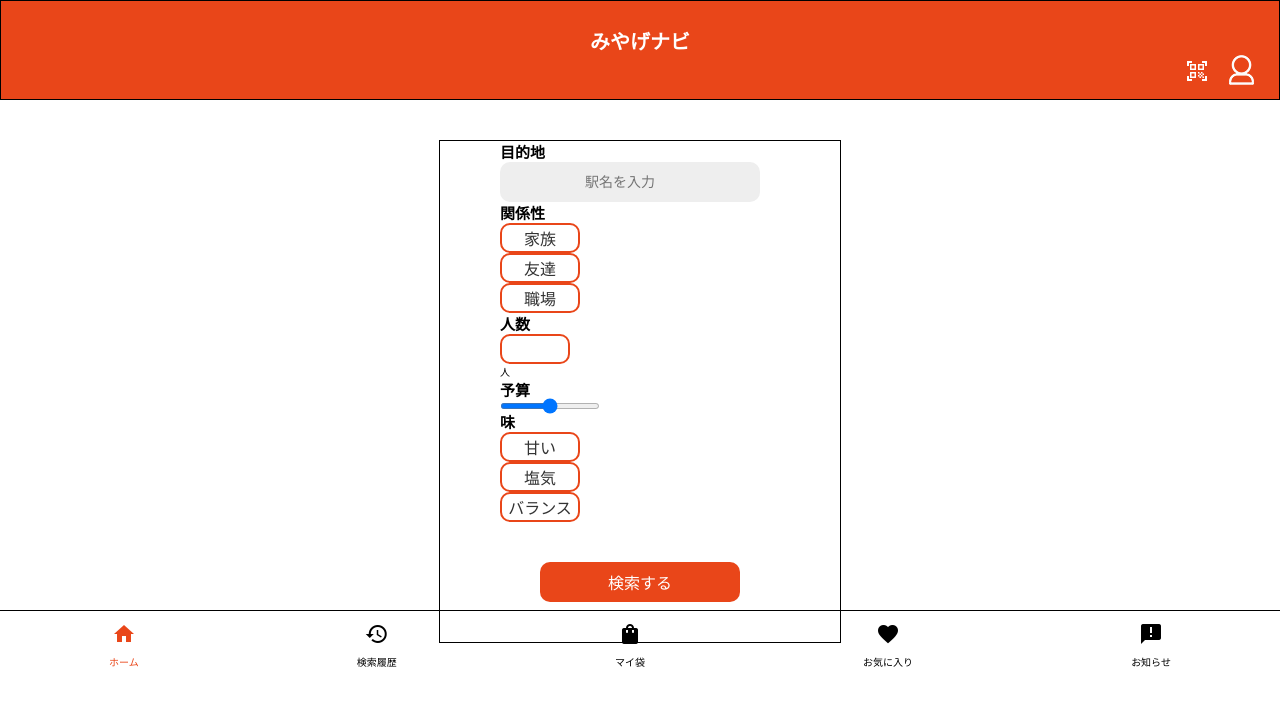
Repository: ama-ne2/miyage_nav
Page: index.html
An editor plug-in stored every save of this project. The page is shown before and after the next save, followed by the edit.
The browser window is 1280 px wide. The pictures show the whole page.

Above is the page before, as saved 2026-02-06 10:23:55.

### index.html
<!DOCTYPE html>
<html lang="ja">
<head>
    <meta charset="utf-8">
    <meta name="viewport" content="width=device-width, initial-scale=1">
    <meta name="color-scheme" content="light dark">
    <meta name="format-detection" content="telephone=no">
    <meta name="description" content="ここに説明文を設定">
    <title>index</title>

    <!-- 共有用 OGP / X(Twitter) -->
    <meta property="og:site_name" content="サイト名">
    <meta property="og:title" content="サイトタイトル">
    <meta property="og:description" content="サイト説明文">
    <meta property="og:type" content="website">
    <meta property="og:url" content="https://hoge.ecc.com/">
    <meta property="og:image" content="https://hoge.ecc.com/ogp.png">
    <meta name="twitter:card" content="summary_large_image">
    <meta name="twitter:site" content="@twitteraccount">

    <!-- 正規URL -->
    <link rel="canonical" href="https://hoge.ecc.com/">

    <!-- アイコン（SVG優先、ICOフォールバック、Apple Touch） -->
    <link rel="icon" type="image/svg+xml" href="/favicon.svg">
    <link rel="alternate icon" href="/favicon.ico">
    <link rel="apple-touch-icon" href="/apple-touch-icon.png" sizes="180x180">

    <!-- テーマカラー（PWAでなくてもアドレスバー色に反映） -->
    <meta name="theme-color" content="#FFFFFF">

    <link rel="stylesheet" href="css/ress.css">
    <link rel="stylesheet" href="css/style.css">
    <link rel="stylesheet" href="css/index.css">
    <link href="https://fonts.googleapis.com/icon?family=Material+Icons" rel="stylesheet">

</head>
<body>
<div class="main_content">
    <header>
        <div class="header_wrap">
            <h1  class="header_title">みやげナビ</h1>
            <div class="header_icon_wrap">
            <span class="material-icons qr_mark">
                    qr_code_scanner
                </span>
                <p><img src="img/icon.png" alt="マイページのアイコン" class="mypage_icon"></p>
            </div>
        </div>
    </header>
    <main>
        <form action="result.html" method="get">
        <h2>目的地</h2><input type="text" placeholder="駅名を入力">
        <div class="keyword_wrap">
            <h2>関係性</h2>
                <input type="radio" name="related" value="家族" id="family"> <label for="family">家族</label>
                <input type="radio" name="related" value="友達" id="friend"> <label for="friend">友達</label>
                <input type="radio" name="related" value="職場" id="office"> <label for="office">職場</label>
        </div>
        <div class="keyword_wrap">
            <h2>人数</h2> <input type="number" name="number"><p>人</p>
        </div>
        <div class="keyword_wrap">
            <h2>予算</h2>
                <input type="range" name="range" id="range" min="0" max="10000">
        </div>
        <div class="keyword_wrap">
            <h2>味</h2>
                <input type="radio" name="taste" value="甘い" id="sweet"> <label for="sweet">甘い</label>
                <input type="radio" name="taste" value="塩気" id="salt"> <label for="salt">塩気</label>
                <input type="radio" name="taste" value="バランス" id="balance"> <label for="balance">バランス</label>
        </div>
        <button type="submit">検索する</button>
    </form>
    </main>
    <footer>
        <div class="footer_icon active">
            <span class="material-icons">
            home
            </span>
            <p>ホーム</p>
        </div>
        <div class="footer_icon">
            <span class="material-icons">
            history
            </span>
            <p>検索履歴</p>
        </div>
        <div class="footer_icon">
        <span class="material-icons">
        shopping_bag
        </span>
            <p>マイ袋</p>
        </div>
        <div class="footer_icon">
            <span class="material-icons">
            favorite
            </span>
            <p>お気に入り</p>
        </div>
        <div class="footer_icon">
            <span class="material-icons">
            announcement
            </span>
            <p>お知らせ</p>
        </div>
    </footer>
</div>
</body>
</html>

### css/ress.css

/* resset.dev • v5.0.2 */

/* # =================================================================
   # Global selectors
   # ================================================================= */

html {
  box-sizing: border-box;
  -webkit-text-size-adjust: 100%; /* Prevent adjustments of font size after orientation changes in iOS */
  word-break: normal;
  -moz-tab-size: 4;
  tab-size: 4;
}

*,
::before,
::after {
  background-repeat: no-repeat; /* Set `background-repeat: no-repeat` to all elements and pseudo elements */
  box-sizing: inherit;
}

::before,
::after {
  text-decoration: inherit; /* Inherit text-decoration and vertical align to ::before and ::after pseudo elements */
  vertical-align: inherit;
}

* {
  padding: 0; /* Reset `padding` and `margin` of all elements */
  margin: 0;
}

/* # =================================================================
   # General elements
   # ================================================================= */

hr {
  overflow: visible; /* Show the overflow in Edge and IE */
  height: 0; /* Add the correct box sizing in Firefox */
  color: inherit; /* Correct border color in Firefox. */
}

details,
main {
  display: block; /* Render the `main` element consistently in IE. */
}

summary {
  display: list-item; /* Add the correct display in all browsers */
}

small {
  font-size: 80%; /* Set font-size to 80% in `small` elements */
}

[hidden] {
  display: none; /* Add the correct display in IE */
}

abbr[title] {
  border-bottom: none; /* Remove the bottom border in Chrome 57 */
  /* Add the correct text decoration in Chrome, Edge, IE, Opera, and Safari */
  text-decoration: underline;
  text-decoration: underline dotted;
}

a {
  background-color: transparent; /* Remove the gray background on active links in IE 10 */
}

a:active,
a:hover {
  outline-width: 0; /* Remove the outline when hovering in all browsers */
}

code,
kbd,
pre,
samp {
  font-family: monospace, monospace; /* Specify the font family of code elements */
}

pre {
  font-size: 1em; /* Correct the odd `em` font sizing in all browsers */
}

b,
strong {
  font-weight: bolder; /* Add the correct font weight in Chrome, Edge, and Safari */
}

/* https://gist.github.com/unruthless/413930 */
sub,
sup {
  font-size: 75%;
  line-height: 0;
  position: relative;
  vertical-align: baseline;
}

sub {
  bottom: -0.25em;
}

sup {
  top: -0.5em;
}

table {
  border-color: inherit; /* Correct border color in all Chrome, Edge, and Safari. */
  text-indent: 0; /* Remove text indentation in Chrome, Edge, and Safari */
}

iframe {
  border-style: none;
}

/* # =================================================================
   # Forms
   # ================================================================= */

input {
  border-radius: 0;
}

[type='number']::-webkit-inner-spin-button,
[type='number']::-webkit-outer-spin-button {
  height: auto; /* Correct the cursor style of increment and decrement buttons in Chrome */
}

[type='search'] {
  -webkit-appearance: textfield; /* Correct the odd appearance in Chrome and Safari */
  outline-offset: -2px; /* Correct the outline style in Safari */
}

[type='search']::-webkit-search-decoration {
  -webkit-appearance: none; /* Remove the inner padding in Chrome and Safari on macOS */
}

textarea {
  overflow: auto; /* Internet Explorer 11+ */
  resize: vertical; /* Specify textarea resizability */
}

button,
input,
optgroup,
select,
textarea {
  font: inherit; /* Specify font inheritance of form elements */
}

optgroup {
  font-weight: bold; /* Restore the font weight unset by the previous rule */
}

button {
  overflow: visible; /* Address `overflow` set to `hidden` in IE 8/9/10/11 */
}

button,
select {
  text-transform: none; /* Firefox 40+, Internet Explorer 11- */
}

/* Apply cursor pointer to button elements */
button,
[type='button'],
[type='reset'],
[type='submit'],
[role='button'] {
  cursor: pointer;
}

/* Remove inner padding and border in Firefox 4+ */
button::-moz-focus-inner,
[type='button']::-moz-focus-inner,
[type='reset']::-moz-focus-inner,
[type='submit']::-moz-focus-inner {
  border-style: none;
  padding: 0;
}

/* Replace focus style removed in the border reset above */
button:-moz-focusring,
[type='button']::-moz-focus-inner,
[type='reset']::-moz-focus-inner,
[type='submit']::-moz-focus-inner {
  outline: 1px dotted ButtonText;
}

button,
html [type='button'], /* Prevent a WebKit bug where (2) destroys native `audio` and `video`controls in Android 4 */
[type='reset'],
[type='submit'] {
  -webkit-appearance: button; /* Correct the inability to style clickable types in iOS */
}

/* Remove the default button styling in all browsers */
button,
input,
select,
textarea {
  background-color: transparent;
  border-style: none;
}

a:focus,
button:focus,
input:focus,
select:focus,
textarea:focus {
  outline-width: 0;
}

/* Style select like a standard input */
select {
  -moz-appearance: none; /* Firefox 36+ */
  -webkit-appearance: none; /* Chrome 41+ */
}

select::-ms-expand {
  display: none; /* Internet Explorer 11+ */
}

select::-ms-value {
  color: currentColor; /* Internet Explorer 11+ */
}

legend {
  border: 0; /* Correct `color` not being inherited in IE 8/9/10/11 */
  color: inherit; /* Correct the color inheritance from `fieldset` elements in IE */
  display: table; /* Correct the text wrapping in Edge and IE */
  max-width: 100%; /* Correct the text wrapping in Edge and IE */
  white-space: normal; /* Correct the text wrapping in Edge and IE */
  max-width: 100%; /* Correct the text wrapping in Edge 18- and IE */
}

::-webkit-file-upload-button {
  /* Correct the inability to style clickable types in iOS and Safari */
  -webkit-appearance: button;
  color: inherit;
  font: inherit; /* Change font properties to `inherit` in Chrome and Safari */
}

/* Replace pointer cursor in disabled elements */
[disabled] {
  cursor: default;
}

/* # =================================================================
   # Specify media element style
   # ================================================================= */

img {
  border-style: none; /* Remove border when inside `a` element in IE 8/9/10 */
}

/* Add the correct vertical alignment in Chrome, Firefox, and Opera */
progress {
  vertical-align: baseline;
}

/* # =================================================================
   # Accessibility
   # ================================================================= */

/* Specify the progress cursor of updating elements */
[aria-busy='true'] {
  cursor: progress;
}

/* Specify the pointer cursor of trigger elements */
[aria-controls] {
  cursor: pointer;
}

/* Specify the unstyled cursor of disabled, not-editable, or otherwise inoperable elements */
[aria-disabled='true'] {
  cursor: default;
}

### css/style.css
html{
    font-size: 62.5%;
}

html , body{
    width: 100%;
    height: 100%;
    font-family: "Hiragino Kaku Gothic Pro" , sans-serif;
    display: flex;
    justify-content: center;
    /* background-image: url("../img/miyage_nav_logo.png");
    background-repeat: repeat; */
}
.main_content{
    width: 402px;
}

header{
    width: 100%;
    height: 100px;
    background-color: #E94619;
    position: fixed;
    top: 0;
    left: 0;
    .header_wrap{
        border: 1px solid #000;
        display: flex;
        flex-direction: column;
        justify-content: end;
        margin-top: auto;
        height: 100%;
    }
    .header_title{
        display: flex;
        color: #fff;
        justify-content: center;
    }
    .qr_mark{
        color: #fff;
    }
    .header_icon_wrap{
        /* border: 1px solid #000; */
        display: flex;
        justify-content: end;
        align-items: center;
        margin-right: 25px;
        margin-bottom: 12px;
        gap: 20px;
    }
}
main{
    overflow: scroll;
    border: #000 solid 1px;
}
footer{
    position: fixed;
    bottom: 0;
    left: 0;
    display: flex;
    justify-content: space-around;
    width: 100vw;
    height: 110px;
    border-top: #000 solid 1px;

/* footerのアイコンたち */
    .footer_icon{
        display: flex;
        flex-direction: column;
        align-items: center;
        gap: 8px;
        margin-top: 11px;
        &.active{
            color: #E94619;
        }
    }
}

### css/index.css

/* mainを真ん中に */
main{
    display: flex;
    justify-content: center;
    margin-top: 140px;
}

/* 目的地 */
input[type="text"]{
    background-color: #EEE;
    width: 260px;
    height: 40px;
    border-radius: 10px;
    font-size: 1.4rem;
    padding-left: 85px;
}

/* ラジオボタンの丸を無くす */
input[type="radio"]{
    background-color: tomato;
    display: none;
}

/* ラジオボタンの見た目 */
input[type="radio"] + label{
    color: #333;
    border: solid 2px #E94619;
    display: flex;
    justify-content: center;
    align-items: center;
    border-radius: 10px;
    font-size: 1.6rem;
    width: 80px;
    height: 30px;
    /* font-weight: bold; */
    /* margin-left: 8px; */
}

/* ラジオボタンを押した時 */
input[type="radio"]:checked + label{
    color: #fff;
    background-color: #E94619;
}

/* 人数 */
input[type="number"]{
    border: #E94619 solid 2px;
    border-radius: 10px;
    width: 70px;
    height: 30px;
}

/* レンジスライダー */
input[type="range"]{
    /* -webkit-appearance: none; */
    width: 100px;
    height: 6px;
    /* background: linear-gradient(
        to right,
        #E94619 0%,
        #E94619 30%,
        #ccc 30%,
        #ccc 100%
    ); */
    border-radius: 5px;
}
input[type="range"]::-webkit-slider-thumb{
    -webkit-appearance: none;
    width: 18px;
    height: 18px;
    background: #E94619;
    border-radius: 50%;
    cursor: pointer;
}

/* キーワード囲ってるやつ */
.keyword{
    display: flex;
    align-items: center;
    flex-direction: column;
    justify-content: start;
    border: #333 solid 1px;
    padding: 20px;
    gap: 10px;
    background-color: #EEE;

}

/* 検索するボタン */
button[type="submit"]{
    width: 200px;
    height: 40px;
    background-color: #E94619;
    color: #fff;
    font-size: 1.6rem;
    border-radius: 10px;
    margin: 40px ;
}

After the next save:
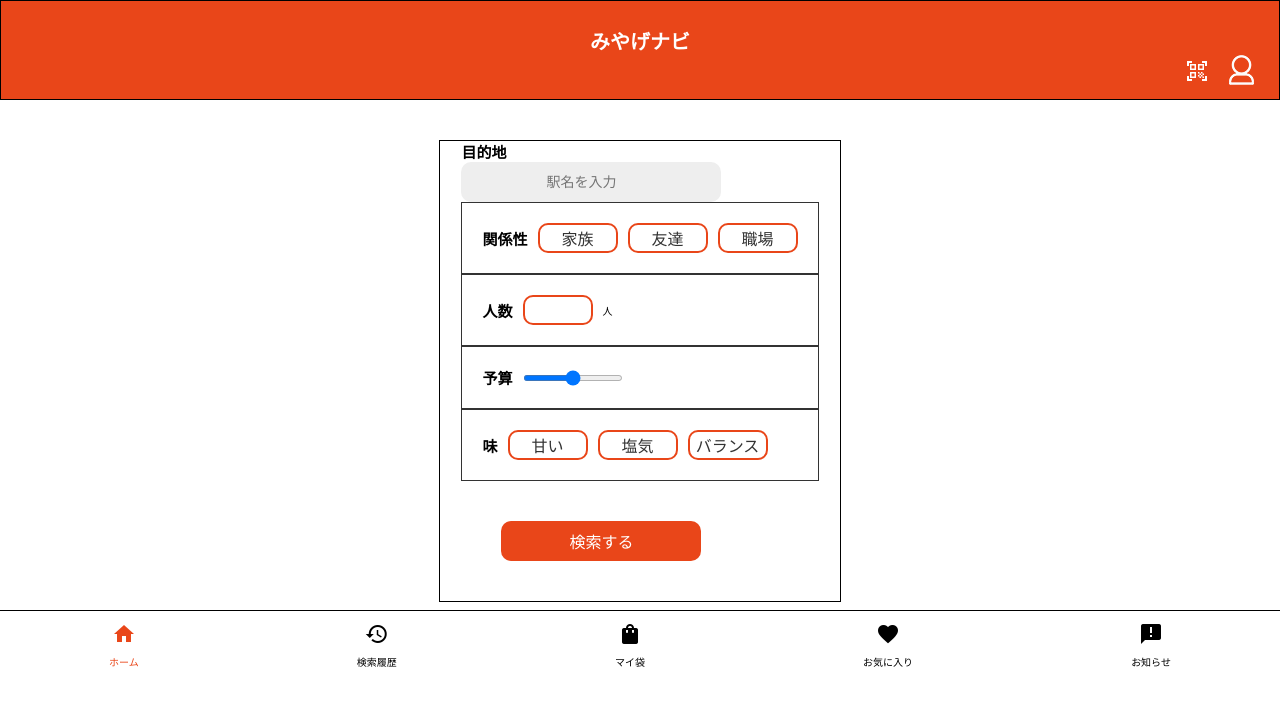
Saved 13 s later.
--- a/css/index.css
+++ b/css/index.css
@@ -75,15 +75,14 @@ input[type="range"]::-webkit-slider-thumb{
 }
 
 /* キーワード囲ってるやつ */
-.keyword{
+.keyword_wrap{
     display: flex;
     align-items: center;
-    flex-direction: column;
     justify-content: start;
     border: #333 solid 1px;
     padding: 20px;
     gap: 10px;
-    background-color: #EEE;
+
 
 }
 

After the save that followed:
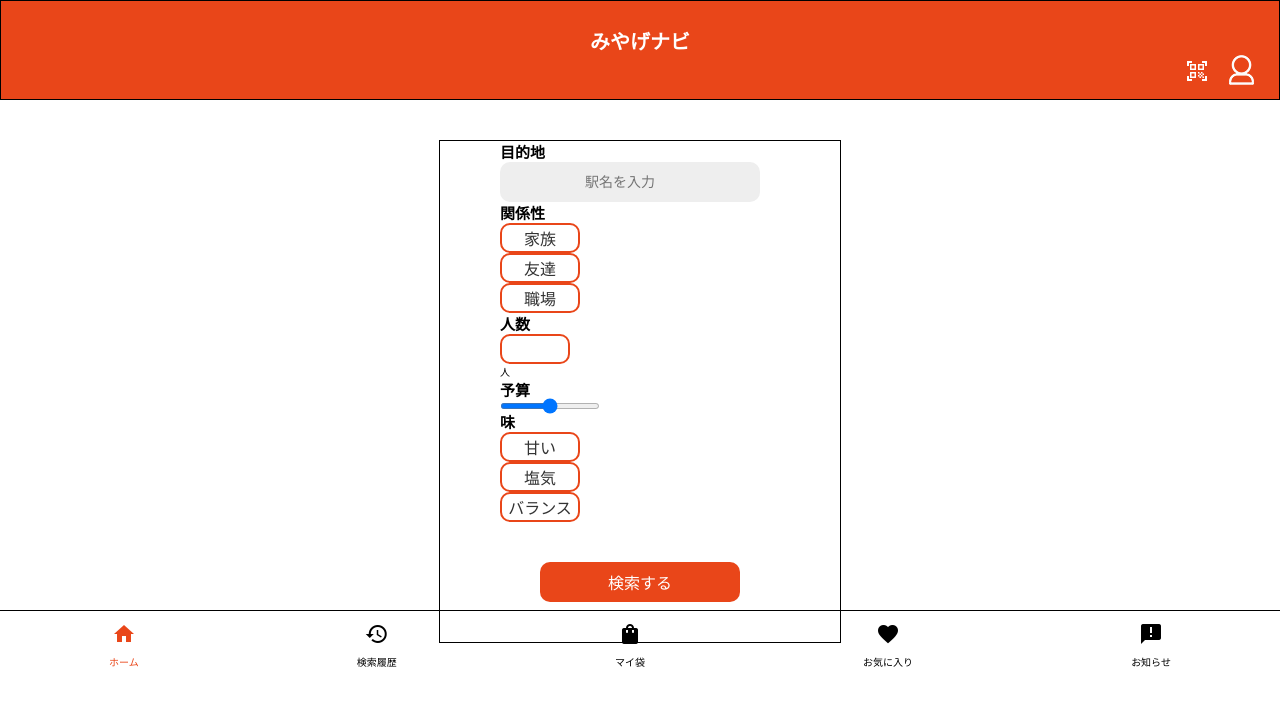
Saved 18 s later.
--- a/index.html
+++ b/index.html
@@ -51,20 +51,20 @@
     <main>
         <form action="result.html" method="get">
         <h2>目的地</h2><input type="text" placeholder="駅名を入力">
-        <div class="keyword_wrap">
+        <div class="keyword">
             <h2>関係性</h2>
                 <input type="radio" name="related" value="家族" id="family"> <label for="family">家族</label>
                 <input type="radio" name="related" value="友達" id="friend"> <label for="friend">友達</label>
                 <input type="radio" name="related" value="職場" id="office"> <label for="office">職場</label>
         </div>
-        <div class="keyword_wrap">
+        <div class="keyword">
             <h2>人数</h2> <input type="number" name="number"><p>人</p>
         </div>
-        <div class="keyword_wrap">
+        <div class="keyword">
             <h2>予算</h2>
                 <input type="range" name="range" id="range" min="0" max="10000">
         </div>
-        <div class="keyword_wrap">
+        <div class="keyword">
             <h2>味</h2>
                 <input type="radio" name="taste" value="甘い" id="sweet"> <label for="sweet">甘い</label>
                 <input type="radio" name="taste" value="塩気" id="salt"> <label for="salt">塩気</label>
